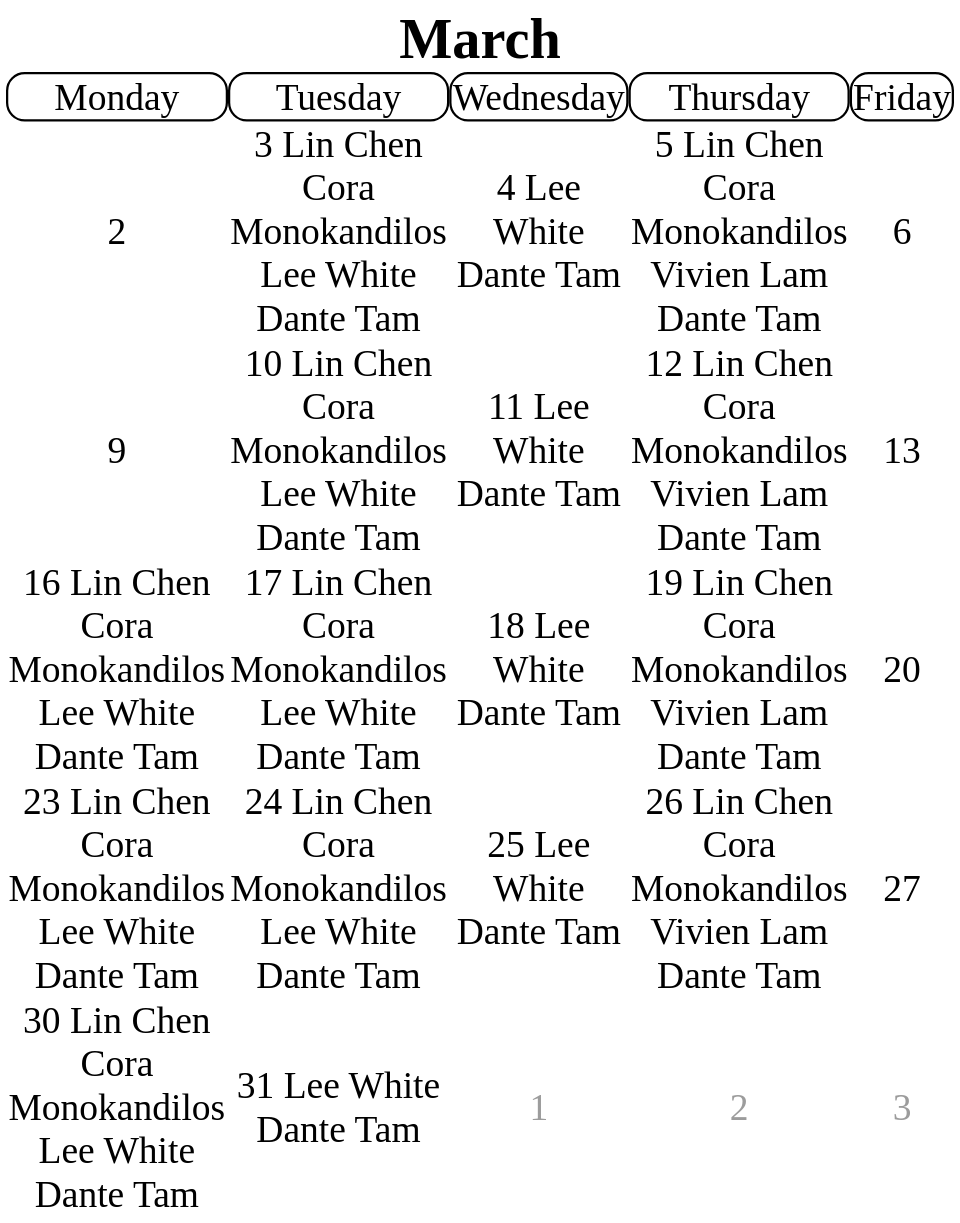
Repository: shleewhite/missionBitCalendar
Page: views/mar.html
The author's editor kept a record of every edit. The page is drawn from the files as they stood at one moment, then again after the next edit.
The browser window is 1280 px wide. The pictures show the whole page, at 75% of full size.

Above is the page before.

After the next edit:
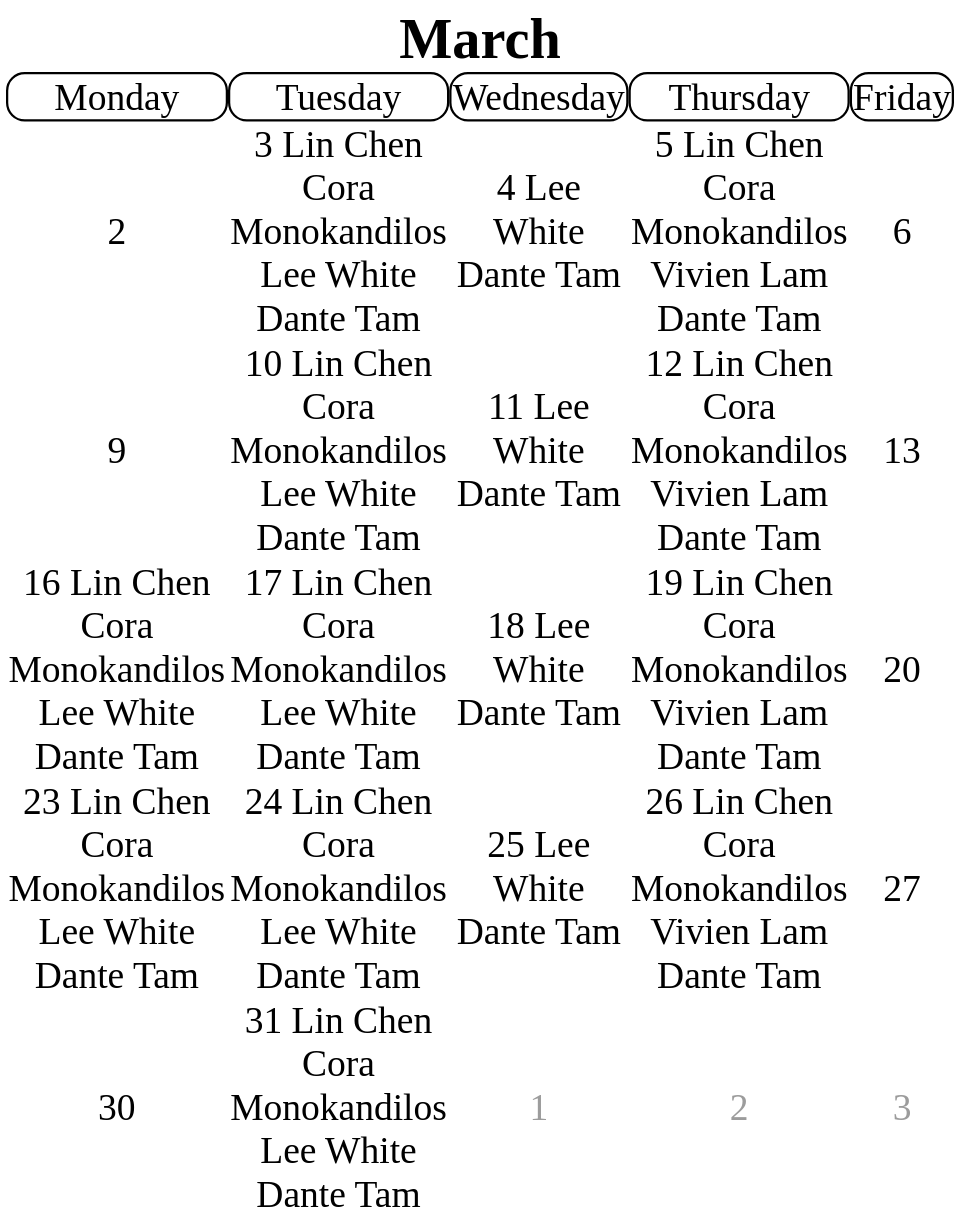
The edit:
--- a/views/mar.html
+++ b/views/mar.html
@@ -41,8 +41,8 @@
                 <td>27</td>
             </tr>
             <tr>
-                <td>30 Lin Chen<br>Cora Monokandilos<br>Lee White<br>Dante Tam</td>
-                <td>31 Lee White<br>Dante Tam</td>
+                <td>30 </td>
+                <td>31 Lin Chen<br>Cora Monokandilos<br>Lee White<br>Dante Tam</td>
                 <td class="nextMonth">1</td>
                 <td class="nextMonth">2</td>
                 <td class="nextMonth">3</td>
